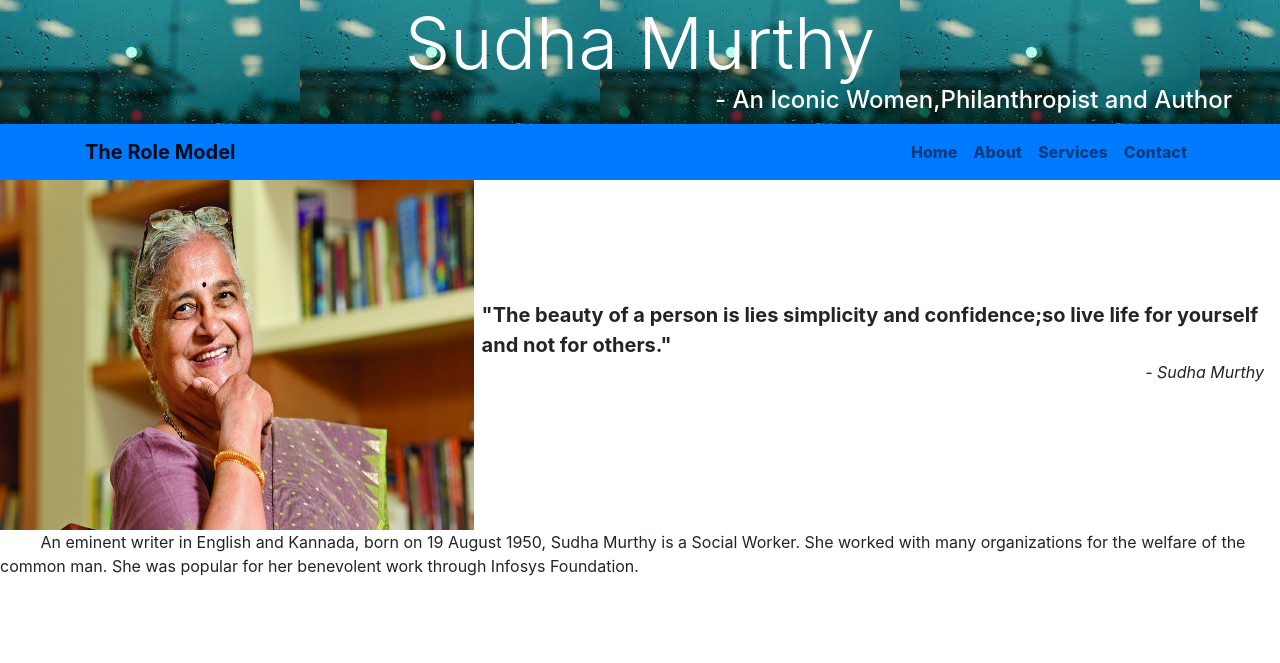
Repository: sumanthr18/RoleModel
Page: index.html
The author's editor kept a copy of each file at every save. The page is drawn from the files as they stood at one save, then again after the next save.
The browser window is 1280 px wide. The pictures show the whole page.

Above is the page before, as saved 2020-03-14 18:30:37.

### index.html
<!DOCTYPE html>
<html lang="en">
<head>
    <meta charset="UTF-8">
    <meta name="viewport" content="width=device-width, initial-scale=1.0">
    <title>SudhaMurthy</title>
    <link rel="stylesheet" href="https://stackpath.bootstrapcdn.com/bootstrap/4.4.1/css/bootstrap.min.css" integrity="sha384-Vkoo8x4CGsO3+Hhxv8T/Q5PaXtkKtu6ug5TOeNV6gBiFeWPGFN9MuhOf23Q9Ifjh" crossorigin="anonymous">
</head>
<body>
    <header style="background-image: url(images.jpg);padding-bottom: 0.1%;">
        <h1 class="display-3 text-center my-0 text-white ">Sudha Murthy</h1>
        <h4 class="text-right mr-5 text-white">- An Iconic Women,Philanthropist and Author</h4>
    </header>
    <nav class="navbar navbar-expand-sm navbar-light bg-primary mb-0">
        <div class="container">
            <a style="font-weight: bold;" class="navbar-brand " href="#">The Role Model</a>
            <button class="navbar-toggler" data-toggle="collapse" data-target="#navbarNav">
                <span class="navbar-toggler-icon"></span>
            </button>
            <div class="collapse navbar-collapse" id="navbarNav">
                <ul style="font-weight: 800;" class="navbar-nav ml-auto">
                    <li class="nav-item">
                        <a class="nav-link" href="#">Home</a>
                    </li>
                    <li class="nav-item">
                        <a class="nav-link" href="#">About</a>
                    </li>
                    <li class="nav-item">
                        <a class="nav-link" href="#">Services</a>
                    </li>
                    <li class="nav-item">
                        <a class="nav-link" href="#">Contact</a>
                    </li>
                </ul>
            </div>
        </div>
    </nav>

<div class="media">
        <img class="mt-0" style="width:37%;height:350px" src="Sudha_Murty_1-update.jpg">
        <blockquote class="" >
            <br>
            <br>
            <br>
            <br>
            <br>
            <p class="ml-2 mb-0 lead" style="font-weight: bold;">"The beauty of a person is lies simplicity and confidence;so live life for yourself and not for others."</p>
            <footer class="pr-3 text-sm-right"><cite>- Sudha Murthy</cite></footer>
        </blockquote>
</div>

<div>
    <p>&nbsp;&nbsp;&nbsp;&nbsp;&nbsp;&nbsp;&nbsp;&nbsp; An eminent writer in English and Kannada, born on 19 August 1950, Sudha Murthy is a Social Worker. She worked with many organizations for the welfare of the common man. She was popular for her benevolent work through Infosys Foundation.</p>
</div>

</body>
</html>

After the next save:
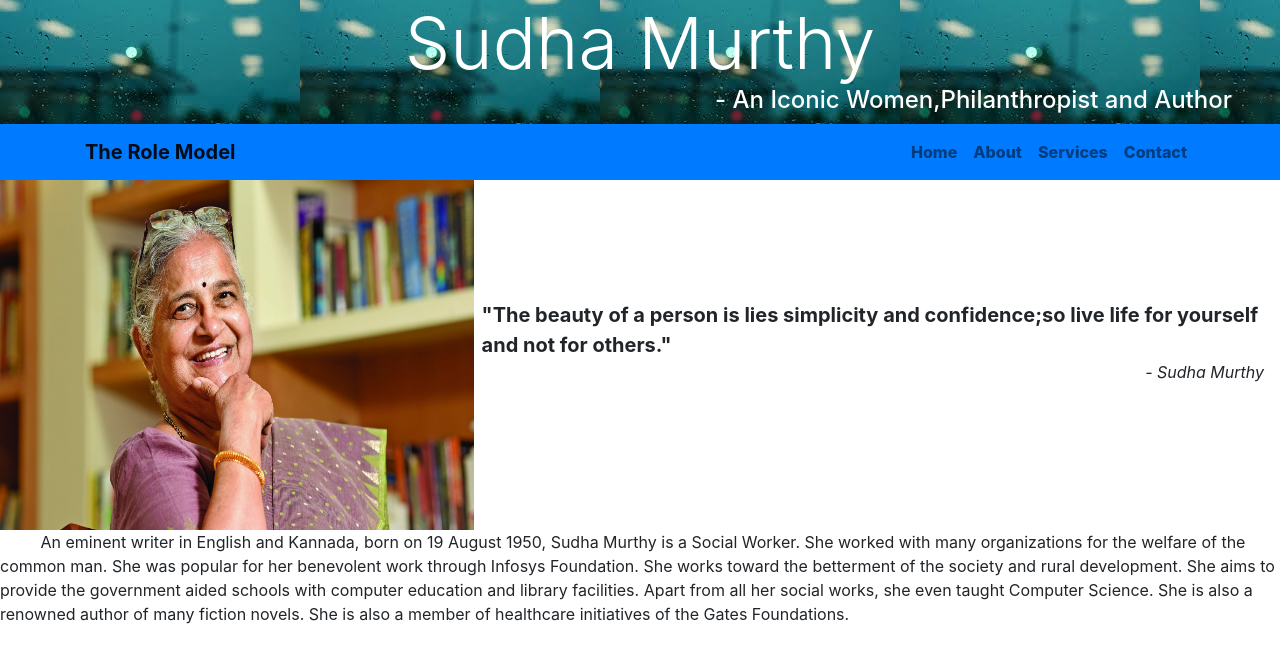
Saved 78 s later.
--- a/index.html
+++ b/index.html
@@ -50,7 +50,9 @@
 </div>
 
 <div>
-    <p>&nbsp;&nbsp;&nbsp;&nbsp;&nbsp;&nbsp;&nbsp;&nbsp; An eminent writer in English and Kannada, born on 19 August 1950, Sudha Murthy is a Social Worker. She worked with many organizations for the welfare of the common man. She was popular for her benevolent work through Infosys Foundation.</p>
+    <p>&nbsp;&nbsp;&nbsp;&nbsp;&nbsp;&nbsp;&nbsp;&nbsp; An eminent writer in English and Kannada, born on 19 August 1950, Sudha Murthy is a Social Worker. She worked with many organizations for the welfare of the common man. She was popular for her benevolent work through Infosys Foundation.
+        She works toward the betterment of the society and rural development. She aims to provide the government aided schools with computer education and library facilities. Apart from all her social works, she even taught Computer Science. She is also a renowned author of many fiction novels. She is also a member of healthcare initiatives of the Gates Foundations.
+    </p>
 </div>
 
 </body>
